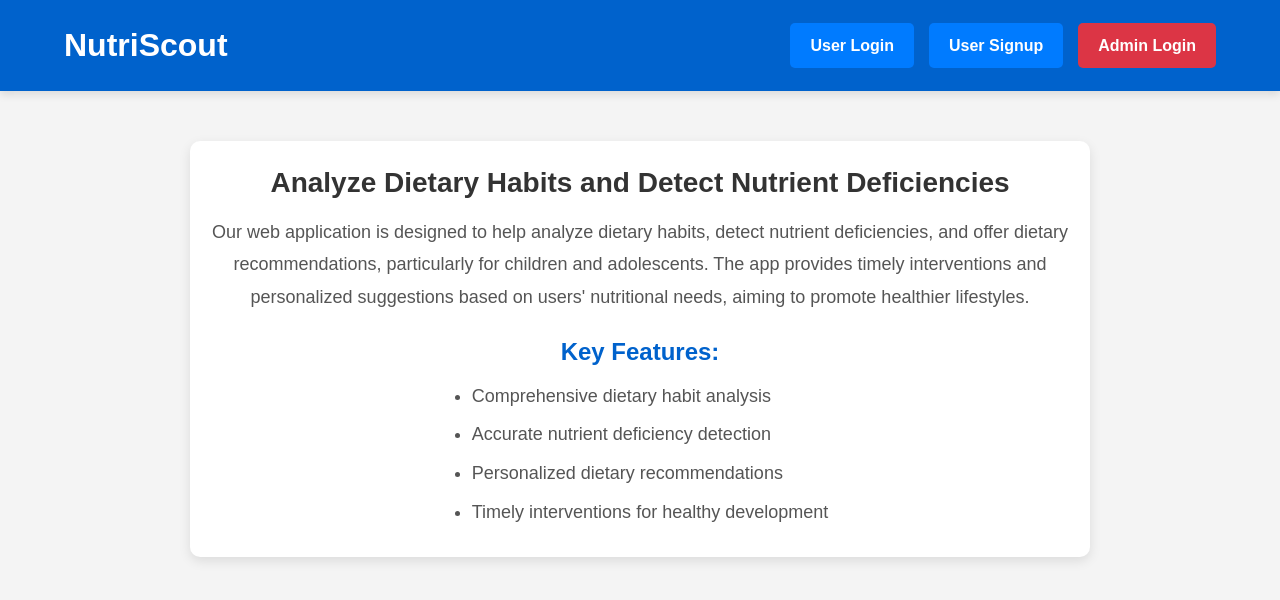
Repository: chaitanyasivathmika/NutrientDiet
Page: http://localhost/NutrientDiet/home.jsp
An editor plug-in stored every save of this project. The page is shown before and after the next save, followed by the edit.
The browser window is 1280 px wide. The pictures show the whole page.
The page is served by Tomcat 10.

Above is the page before, as saved 2024-11-16 16:57:01.

After the next save:
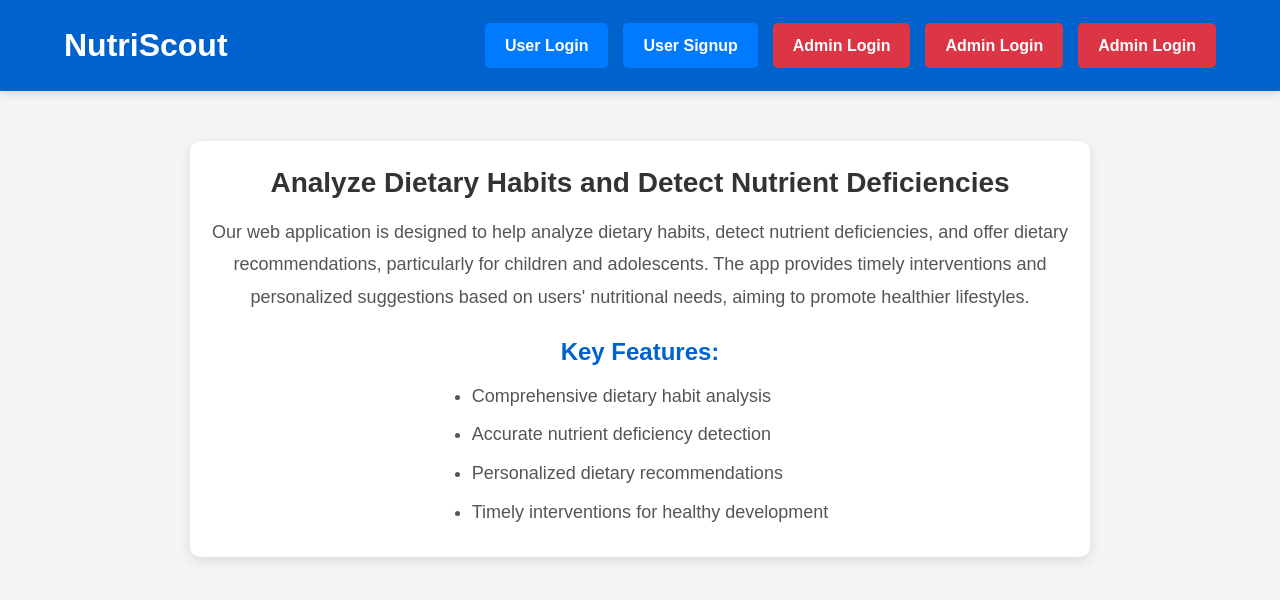
Saved 24 s later.
--- a/NutrientDiet/src/main/webapp/home.jsp
+++ b/NutrientDiet/src/main/webapp/home.jsp
@@ -142,6 +142,8 @@ footer {
                 <a href="userlogin" class="button">User Login</a>
                 <a href="userreg" class="button">User Signup</a>
                 <a href="adminlogin" class="button admin">Admin Login</a>
+                <a href="adminlogin" class="button admin">Admin Login</a>
+                <a href="adminlogin" class="button admin">Admin Login</a>
             </div>
         </div>
     </header>
